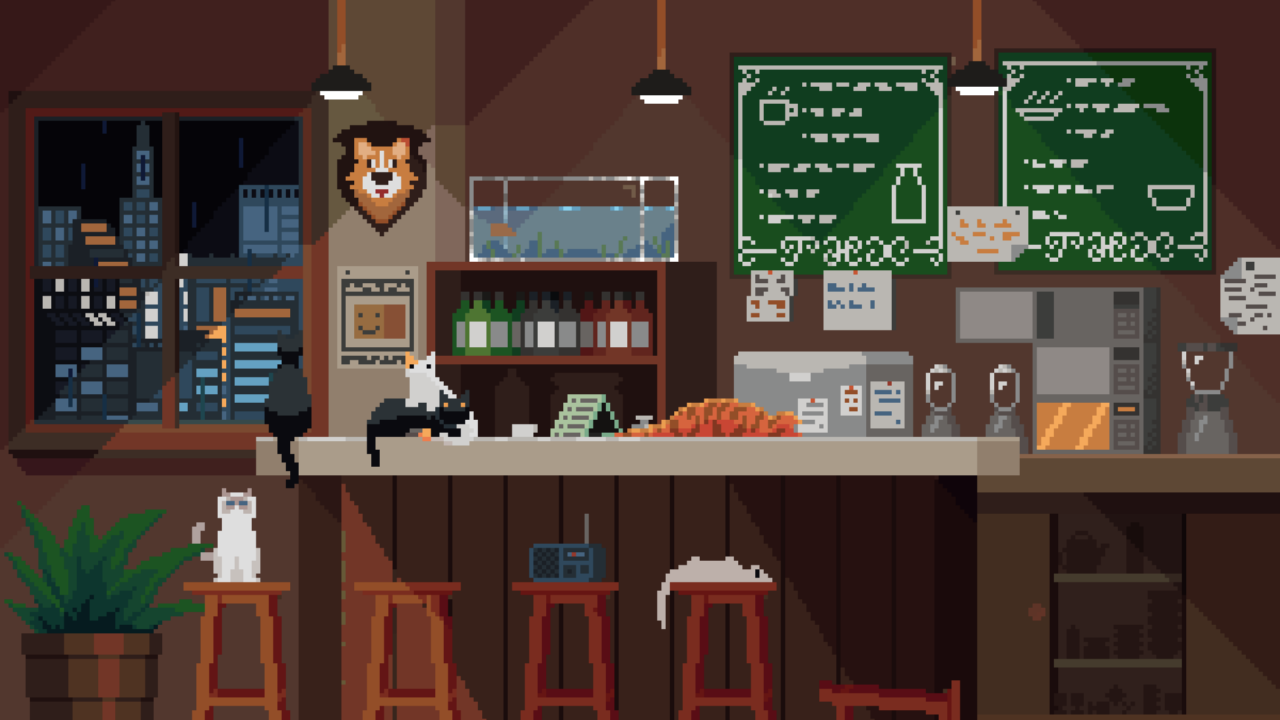
Repository: kayacancode/stixnbrix2dpixel
Page: / (app in my-app/)
An editor plug-in stored every save of this project. The page is shown before and after the next save, followed by the edit.
The browser window is 1280 px wide. The pictures show the whole page.
The project was rebuilt for these pictures with package versions that can differ from the ones it lists, and the page was loaded fresh each time. The framework's server and built-in components were replaced by stand-ins that run in the browser. Also part of the build but not shown: my-app/next.config.js, my-app/styles/globals.css.

Above is the page before, as saved 2023-03-25 17:37:28.

After the next save:
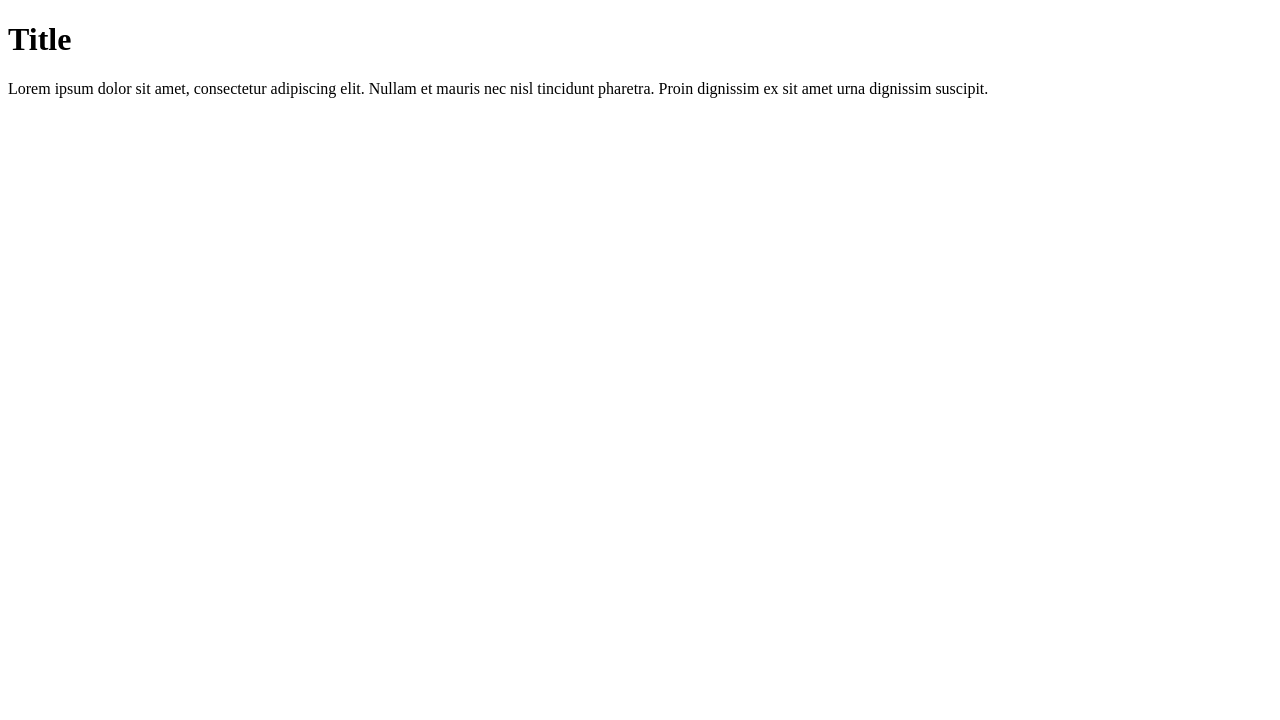
Saved 77 s later.
--- a/my-app/pages/index.tsx
+++ b/my-app/pages/index.tsx
@@ -8,16 +8,9 @@
 export default function Home() {
   return (
     <>
-      <Head>
-        <title>Create Next App</title>
-        <meta name="description" content="Generated by create next app" />
-        <meta name="viewport" content="width=device-width, initial-scale=1" />
-        <link rel="icon" href="/favicon.ico" />
-      </Head>
-      <div className="flex h-screen">
-      <div className="w-1/2 h-full relative">
-        <Image src="/bg.png" alt="Your Image" layout="fill" objectFit="cover" />
-      </div>
+
+  <div className="flex h-screen">
+      <div className="w-1/2 h-full bg-red-500"></div>
       <div className="w-1/2 h-full bg-black text-white flex items-center justify-center">
         <div className="text-center">
           <h1 className="text-4xl font-bold">Title</h1>
